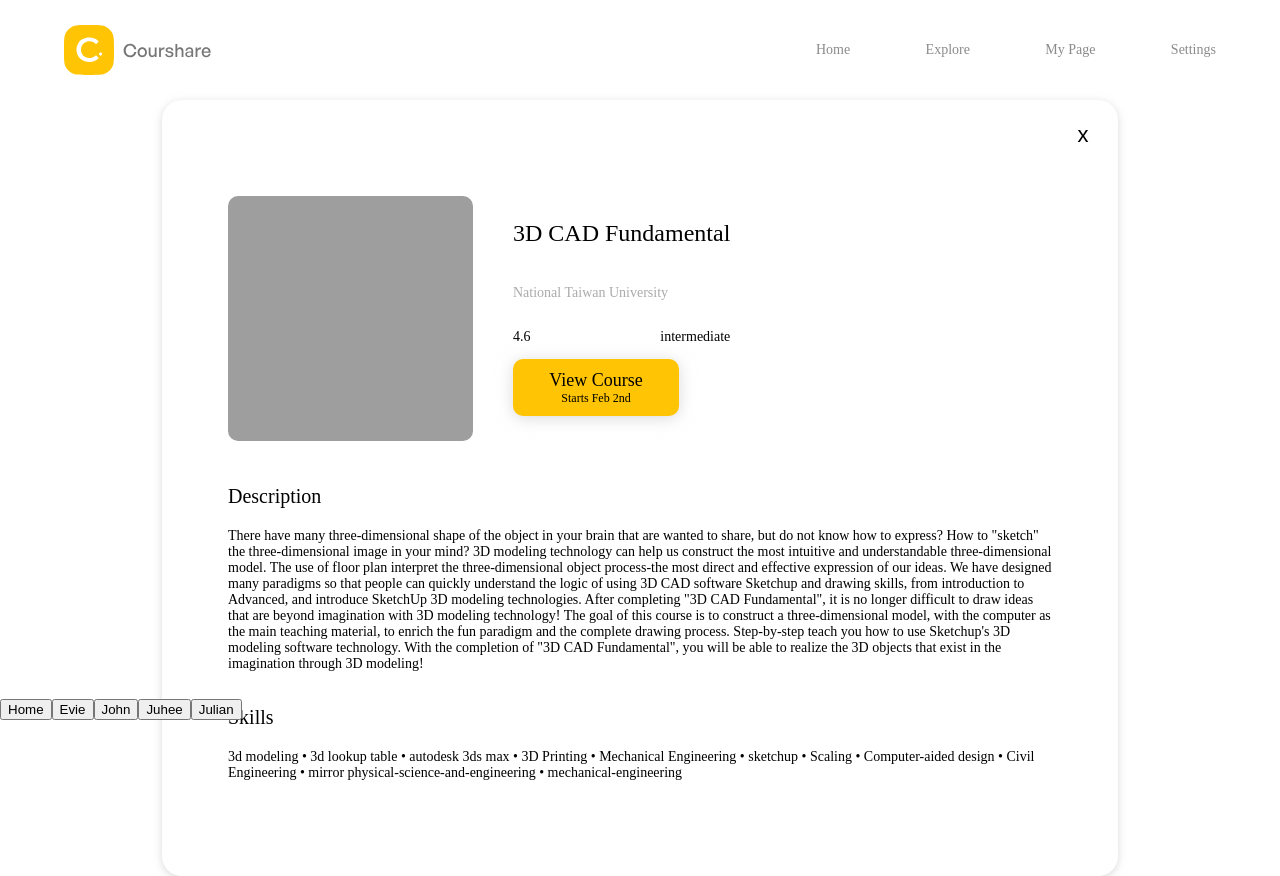
Repository: julianm09/courshare-app
Page: /comps/juhee
The author's editor kept a copy of each file at every save. The page is drawn from the files as they stood at one save, then again after the next save.
The browser window is 1280 px wide. The pictures show the whole page.
Pictures or frames that could not be fetched are drawn as grey boxes. The project was rebuilt for these pictures with package versions that can differ from the ones it lists, and the page was loaded fresh each time. The framework's server and built-in components were replaced by stand-ins that run in the browser. Also part of the build but not shown: next.config.js.

Above is the page before, as saved 2022-02-07 14:41:22.

### pages/_app.js
import "../styles/globals.css";
import styled from "styled-components";
import { useRouter } from "next/router";
import Navbar from "@/components/Navbar";

function MyApp({ Component, pageProps }) {
  const r = useRouter();
  return (
    <>
    <Navbar/>
      <Component {...pageProps} />

      <BotNav>
        <button onClick={() => r.push("/")}>Home</button>
        <button onClick={() => r.push("/comps/evie")}>Evie</button>
        <button onClick={() => r.push("/comps/john")}>John</button>
        <button onClick={() => r.push("/comps/juhee")}>Juhee</button>
        <button onClick={() => r.push("/comps/julian")}>Julian</button>
      </BotNav>
    </>
  );
}

const BotNav = styled.div`
  position: fixed;
  bottom: 0px;
`;

export default MyApp;

### pages/comps/juhee.js
import styled from "styled-components";
import CourseDetailCard from "@/components/CourseDetailCard";

export default function Juhee() {
  return (
    <Cont>
      {/* make components here */}
      <CourseDetailCard></CourseDetailCard>
    </Cont>
  );
}

const Cont = styled.div`
  display: flex;
  align-items: center;
  flex-direction: column;
  width: 100%;
`;

### styles/globals.css
@import url("general-sans.css");

html,
body {
  padding: 0;
  margin: 0;
  font-family: -apple-system, BlinkMacSystemFont, Segoe UI, Roboto, Oxygen,
    Ubuntu, Cantarell, Fira Sans, Droid Sans, Helvetica Neue, sans-serif;
}

a {
  color: inherit;
  text-decoration: none;
}

* {
  box-sizing: border-box;
}

### components/Navbar.js
import styled from "styled-components";
import { useState } from "react";
import { useRouter } from "next/router";

export default function Navbar({}) {
  const r = useRouter();

  const [menu, setMenu] = useState(false);

  const handleLink = (t) => {
    setMenu(false);
    r.push(t);
  };

  return (
    <NavbarUI>
      <Logo
        src="/logo.svg"
        selected={r.pathname == "/"}
        onClick={() => handleLink("/")}
      ></Logo>
      <Navigation>
        <LinkUI selected={r.pathname == "/"} onClick={() => handleLink("/")}>
          Home
        </LinkUI>
        <LinkUI
          selected={r.pathname == "/explore"}
          onClick={() => handleLink("/explore")}
        >
          Explore
        </LinkUI>
        <LinkUI
          selected={r.pathname == "/mypage"}
          onClick={() => handleLink("/mypage")}
        >
          My Page
        </LinkUI>
        <LinkUI
          selected={r.pathname == "/settings"}
          onClick={() => handleLink("/settings")}
        >
          Settings
        </LinkUI>
      </Navigation>
      <MenuIcon
        src={menu ? "/icons/close.svg" : "/icons/menu.svg"}
        onClick={() => setMenu(!menu)}
      />
      {menu ? (
        <MobileMenu>
          <LinkUI selected={r.pathname == "/"} onClick={() => handleLink("/")}>
            Home
          </LinkUI>
          <LinkUI
            selected={r.pathname == "/explore"}
            onClick={() => handleLink("/explore")}
          >
            Explore
          </LinkUI>
          <LinkUI
            selected={r.pathname == "/mypage"}
            onClick={() => handleLink("/mypage")}
          >
            My Page
          </LinkUI>
          <LinkUI
            selected={r.pathname == "/settings"}
            onClick={() => handleLink("/settings")}
          >
            Settings
          </LinkUI>
        </MobileMenu>
      ) : (
        <></>
      )}
    </NavbarUI>
  );
}

const NavbarUI = styled.div`
  width: 100%;
  padding: 0 5%;
  height: 100px;
  display: flex;
  align-items: center;
  justify-content: space-between;

  -webkit-touch-callout: none; /* iOS Safari */
  -webkit-user-select: none; /* Safari */
  -khtml-user-select: none; /* Konqueror HTML */
  -moz-user-select: none; /* Old versions of Firefox */
  -ms-user-select: none; /* Internet Explorer/Edge */
  user-select: none; /* Non-prefixed version, currently supported by Chrome, Edge, Opera and Firefox */
`;

const Logo = styled.img`
  cursor: pointer;
`;

const Navigation = styled.div`
  display: flex;
  justify-content: space-between;
  width: 400px;
  @media (max-width: 1000px) {
    display: none;
  }
`;

const LinkUI = styled.div`
  cursor: pointer;
  font-family: General Sans;
  font-style: normal;
  font-size: 14px;
  line-height: 24px;
  color: #8b8b8b;
  color: ${(props) => (props.selected ? "#595959" : "#8B8B8B")};
  font-weight: ${(props) => (props.selected ? "500" : "400")};
`;

const MenuIcon = styled.img`
  cursor: pointer;
  display: none;
  @media (max-width: 1000px) {
    display: flex;
  }
`;

const MobileMenu = styled.div`
  cursor: pointer;
  display: flex;
  position: absolute;
  height: 200px;
  flex-direction: column;
  justify-content: space-between;
  align-items: flex-end;
  top: 100px;
  width: 90%;
  @media (min-width: 1000px) {
    display: none;
  }
`;

### components/CourseDetailCard.js
import styled from "styled-components";
import { useState } from "react";
import Heart from "../public/icons/heart.svg";
import RegisterButton from "../components/RegisterButton";
const BigCont = styled.div`
  display: flex;
  flex-direction: column;
  width: 956px;
  height: 776px;
  background-color: #ffffff;
  box-shadow: 0px 2px 8px 0px rgba(185, 185, 185, 0.52);
  border-radius: 20px;
  font-family: General Sans;
`;
const ButtonCont = styled.div`
  display: flex;
  justify-content: flex-end;
  margin-right: 20px;
  margin-top: 20px;
`;
const XButton = styled.button`
  border: none;
  background-color: #fff;
  border-radius: 20px;
  width: 30px;
  height: 30px;
  color: #000;
  font-size: 22px;
`;
const ContentCont = styled.div`
  display: flex;
  flex-direction: column;
  justify-content: space-between;
  padding: 46px 66px 66px 66px;
`;
const FristCont = styled.div`
  display: flex;
  flex-direction: row;
`;
const LeftCont = styled.div``;

const Img = styled.img`
  width: 245px;
  height: 245px;
  border-radius: 10px;
`;
const Heading1 = styled.p`
  font-size: 24px;
  font-weight: 500;
`;

const GreyText = styled.p`
  color: #aaaaaa;
  font-size: 14px;
`;
const RightCont = styled.div`
  height: 245px;
  margin-left: 40px;
  flex-direction: column;
  justify-content: space-between;
`;
const RightSmallCont = styled.div`
  display: flex;
  flex-direction: row;
  justify-content: space-between;
`;
const SecondCont = styled.div`
  margin-top: 20px;
`;
const Heading2 = styled.p`
  font-size: 20px;
  font-weight: 500;
`;
const Desc = styled.p`
  font-size: 14px;
`;
const ThirdCont = styled.div``;

export default function CourseDetailCard({
  name = "3D  CAD Fundamental",
  school = "National Taiwan University",
  rating = 4.6,
  difficulty = "intermediate",
  description = "",
  skills = "",
}) {
  return (
    <BigCont>
      <ButtonCont>
        <XButton>x</XButton>
      </ButtonCont>
      <ContentCont>
        <FristCont>
          <LeftCont>
            <Img src="https://images.unsplash.com/photo-1600869009498-8d429f88d4f5?ixlib=rb-1.2.1&ixid=MnwxMjA3fDB8MHxwaG90by1wYWdlfHx8fGVufDB8fHx8&auto=format&fit=crop&w=2340&q=80" />
          </LeftCont>
          <RightCont>
            <RightSmallCont>
              <Heading1>{name}</Heading1>
            </RightSmallCont>
            <RightSmallCont>
              <GreyText>{school}</GreyText>
            </RightSmallCont>
            <RightSmallCont>
              <Desc>{rating}</Desc>
              <Desc>{difficulty}</Desc>
            </RightSmallCont>
            <RightSmallCont>
              <RegisterButton />
            </RightSmallCont>
          </RightCont>
        </FristCont>
        <SecondCont>
          <Heading2>Description</Heading2>
          <Desc>
            There have many three-dimensional shape of the object in your brain
            that are wanted to share, but do not know how to express? How to
            "sketch" the three-dimensional image in your mind? 3D modeling
            technology can help us construct the most intuitive and
            understandable three-dimensional model. The use of floor plan
            interpret the three-dimensional object process-the most direct and
            effective expression of our ideas. We have designed many paradigms
            so that people can quickly understand the logic of using 3D CAD
            software Sketchup and drawing skills, from introduction to Advanced,
            and introduce SketchUp 3D modeling technologies. After completing
            "3D CAD Fundamental", it is no longer difficult to draw ideas that
            are beyond imagination with 3D modeling technology! The goal of this
            course is to construct a three-dimensional model, with the computer
            as the main teaching material, to enrich the fun paradigm and the
            complete drawing process. Step-by-step teach you how to use
            Sketchup's 3D modeling software technology. With the completion of
            "3D CAD Fundamental", you will be able to realize the 3D objects
            that exist in the imagination through 3D modeling!
          </Desc>
        </SecondCont>
        <ThirdCont>
          <Heading2>Skills</Heading2>
          <Desc>
            3d modeling • 3d lookup table • autodesk 3ds max • 3D Printing •
            Mechanical Engineering • sketchup • Scaling • Computer-aided design
            • Civil Engineering • mirror physical-science-and-engineering •
            mechanical-engineering
          </Desc>
        </ThirdCont>
      </ContentCont>
    </BigCont>
  );
}

### styles/general-sans.css
/**
 * @license
 *
 * Font Family: General Sans
 * Designed by: Frode Helland
 * URL: https://www.fontshare.com/fonts/general-sans
 * © 2021 Indian Type Foundry
 *
 * Font Styles:
 * General Sans Variable(Variable font)
 * General Sans Variable Italic(Variable font)
 * General Sans Extralight
 * General Sans Extralight Italic
 * General Sans Light
 * General Sans Light Italic
 * General Sans Regular
 * General Sans Italic
 * General Sans Medium
 * General Sans Medium Italic
 * General Sans Semibold
 * General Sans Semibold Italic
 * General Sans Bold
 * General Sans Bold Italic
 *
*/


/**
* This is a variable font
* You can controll variable axes as shown below:
* font-variation-settings: 'wght' 700.0;
*
* available axes:

* 'wght' (range from 200.0 to 700.0)

*/

@font-face {
  font-family: 'GeneralSans-Variable';
  src: url('../fonts/GeneralSans-Variable.woff2') format('woff2'),
       url('../fonts/GeneralSans-Variable.woff') format('woff'),
       url('../fonts/GeneralSans-Variable.ttf') format('truetype');
       font-weight: 200 700;
       font-display: swap;
       font-style: normal;
}


/**
* This is a variable font
* You can controll variable axes as shown below:
* font-variation-settings: 'wght' 700.0;
*
* available axes:

* 'wght' (range from 200.0 to 700.0)

*/

@font-face {
  font-family: 'GeneralSans-VariableItalic';
  src: url('../fonts/GeneralSans-VariableItalic.woff2') format('woff2'),
       url('../fonts/GeneralSans-VariableItalic.woff') format('woff'),
       url('../fonts/GeneralSans-VariableItalic.ttf') format('truetype');
       font-weight: 200 700;
       font-display: swap;
       font-style: italic;
}


@font-face {
  font-family: 'GeneralSans-Extralight';
  src: url('../fonts/GeneralSans-Extralight.woff2') format('woff2'),
       url('../fonts/GeneralSans-Extralight.woff') format('woff'),
       url('../fonts/GeneralSans-Extralight.ttf') format('truetype');
       font-weight: 200;
       font-display: swap;
       font-style: normal;
}


@font-face {
  font-family: 'GeneralSans-ExtralightItalic';
  src: url('../fonts/GeneralSans-ExtralightItalic.woff2') format('woff2'),
       url('../fonts/GeneralSans-ExtralightItalic.woff') format('woff'),
       url('../fonts/GeneralSans-ExtralightItalic.ttf') format('truetype');
       font-weight: 200;
       font-display: swap;
       font-style: italic;
}


@font-face {
  font-family: 'GeneralSans-Light';
  src: url('../fonts/GeneralSans-Light.woff2') format('woff2'),
       url('../fonts/GeneralSans-Light.woff') format('woff'),
       url('../fonts/GeneralSans-Light.ttf') format('truetype');
       font-weight: 300;
       font-display: swap;
       font-style: normal;
}


@font-face {
  font-family: 'GeneralSans-LightItalic';
  src: url('../fonts/GeneralSans-LightItalic.woff2') format('woff2'),
       url('../fonts/GeneralSans-LightItalic.woff') format('woff'),
       url('../fonts/GeneralSans-LightItalic.ttf') format('truetype');
       font-weight: 300;
       font-display: swap;
       font-style: italic;
}


@font-face {
  font-family: 'GeneralSans-Regular';
  src: url('../fonts/GeneralSans-Regular.woff2') format('woff2'),
       url('../fonts/GeneralSans-Regular.woff') format('woff'),
       url('../fonts/GeneralSans-Regular.ttf') format('truetype');
       font-weight: 400;
       font-display: swap;
       font-style: normal;
}


@font-face {
  font-family: 'GeneralSans-Italic';
  src: url('../fonts/GeneralSans-Italic.woff2') format('woff2'),
       url('../fonts/GeneralSans-Italic.woff') format('woff'),
       url('../fonts/GeneralSans-Italic.ttf') format('truetype');
       font-weight: 400;
       font-display: swap;
       font-style: italic;
}


@font-face {
  font-family: 'GeneralSans-Medium';
  src: url('../fonts/GeneralSans-Medium.woff2') format('woff2'),
       url('../fonts/GeneralSans-Medium.woff') format('woff'),
       url('../fonts/GeneralSans-Medium.ttf') format('truetype');
       font-weight: 500;
       font-display: swap;
       font-style: normal;
}


@font-face {
  font-family: 'GeneralSans-MediumItalic';
  src: url('../fonts/GeneralSans-MediumItalic.woff2') format('woff2'),
       url('../fonts/GeneralSans-MediumItalic.woff') format('woff'),
       url('../fonts/GeneralSans-MediumItalic.ttf') format('truetype');
       font-weight: 500;
       font-display: swap;
       font-style: italic;
}


@font-face {
  font-family: 'GeneralSans-Semibold';
  src: url('../fonts/GeneralSans-Semibold.woff2') format('woff2'),
       url('../fonts/GeneralSans-Semibold.woff') format('woff'),
       url('../fonts/GeneralSans-Semibold.ttf') format('truetype');
       font-weight: 600;
       font-display: swap;
       font-style: normal;
}


@font-face {
  font-family: 'GeneralSans-SemiboldItalic';
  src: url('../fonts/GeneralSans-SemiboldItalic.woff2') format('woff2'),
       url('../fonts/GeneralSans-SemiboldItalic.woff') format('woff'),
       url('../fonts/GeneralSans-SemiboldItalic.ttf') format('truetype');
       font-weight: 600;
       font-display: swap;
       font-style: italic;
}


@font-face {
  font-family: 'GeneralSans-Bold';
  src: url('../fonts/GeneralSans-Bold.woff2') format('woff2'),
       url('../fonts/GeneralSans-Bold.woff') format('woff'),
       url('../fonts/GeneralSans-Bold.ttf') format('truetype');
       font-weight: 700;
       font-display: swap;
       font-style: normal;
}


@font-face {
  font-family: 'GeneralSans-BoldItalic';
  src: url('../fonts/GeneralSans-BoldItalic.woff2') format('woff2'),
       url('../fonts/GeneralSans-BoldItalic.woff') format('woff'),
       url('../fonts/GeneralSans-BoldItalic.ttf') format('truetype');
       font-weight: 700;
       font-display: swap;
       font-style: italic;
}

### components/RegisterButton.js
import styled from "styled-components";

const RegisterBtn = styled.button`
  width: 166px;
  height: 57px;
  background-color: ${(props) => props.background};
  color: #000000;
  filter: drop-shadow(0px 2px 8px rgba(185, 185, 185, 0.52));
  border-radius: 10px;
  border: none;
  display: flex;
  flex-direction: column;
  justify-content: center;
  align-items: center;
`;
const Header = styled.div`
  font-family: General Sans;
  font-style: normal;
  font-weight: 500;
  font-size: 18px;
  color: #000000;
  margin-left: auto;
  margin-right: auto;
`;

const Text = styled.div`
font-family: General Sans;
font-style: normal;
font-weight: normal;
font-size: 12px;
color: #000000;
margin-left: auto;
margin-right: auto;

}
`;

const RegisterButton = ({
  text = "View Course",
  data = "Starts Feb 2nd",
  background = "#FFC403",
}) => {
  return (
    <RegisterBtn background={background}>
      <Header>{text}</Header>
      <Text>{data}</Text>
    </RegisterBtn>
  );
};

export default RegisterButton;

Loaded but not shown: pages/_document.js (common file)

After the next save:
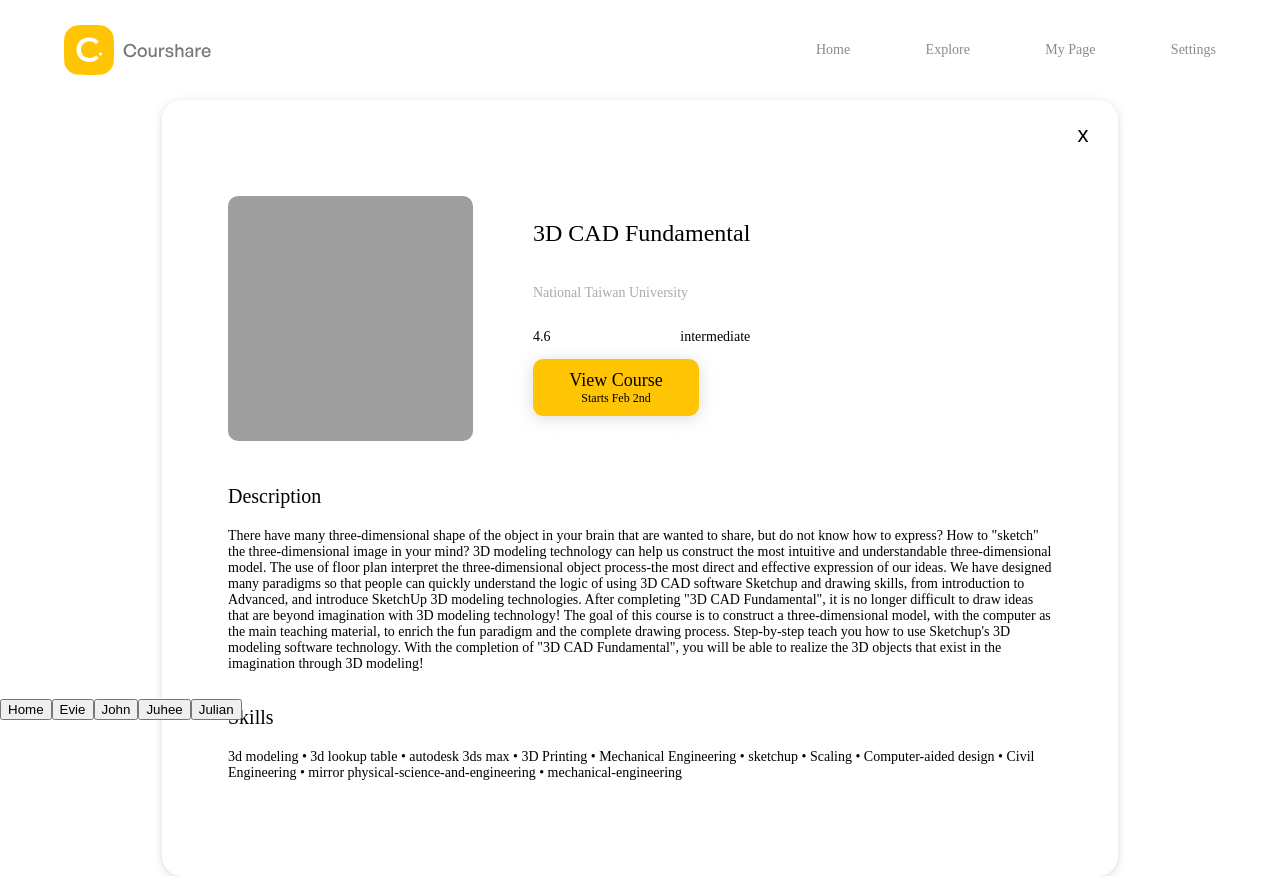
Saved 16 s later.
--- a/components/CourseDetailCard.js
+++ b/components/CourseDetailCard.js
@@ -55,7 +55,7 @@ const GreyText = styled.p`
 `;
 const RightCont = styled.div`
   height: 245px;
-  margin-left: 40px;
+  margin-left: 60px;
   flex-direction: column;
   justify-content: space-between;
 `;
